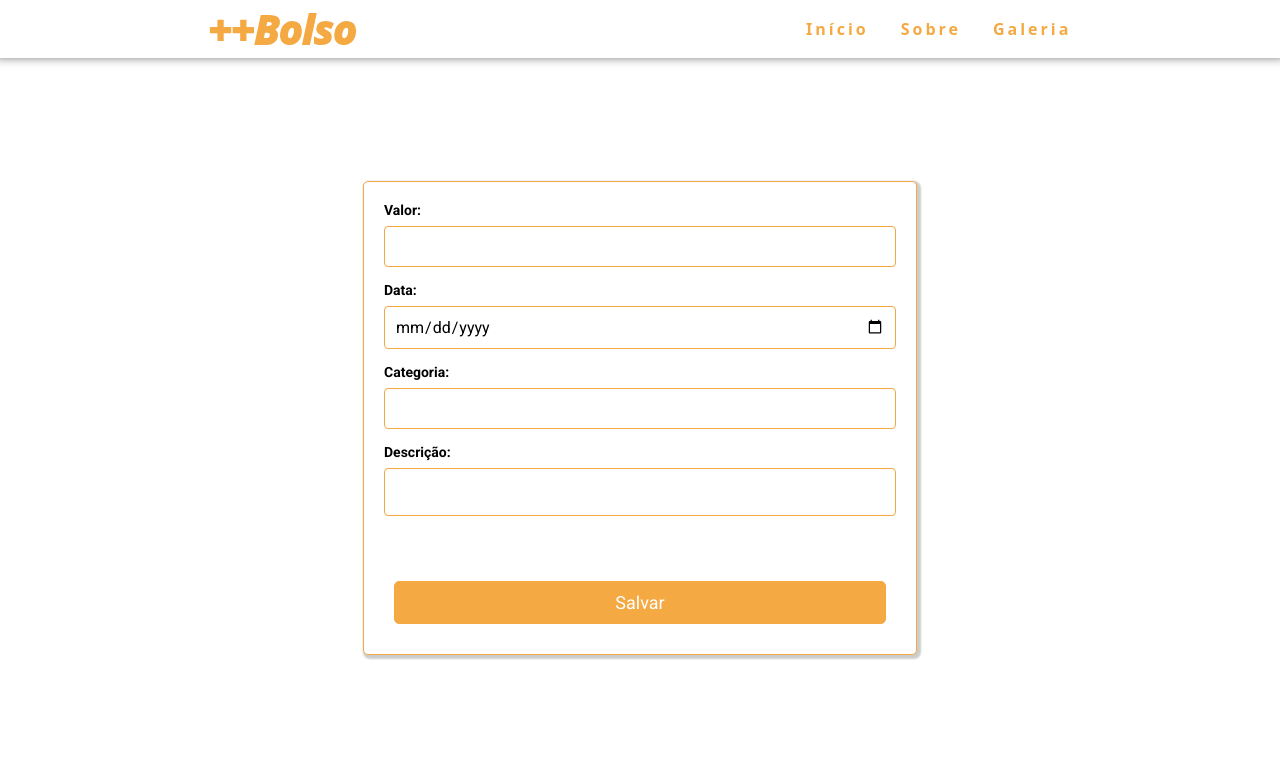
Repository: alexsanderkafka/java-servlets
Page: http://localhost/SaveMoney/cadastrarDespesa.jsp
The author's editor kept a copy of each file at every save. The page is drawn from the files as they stood at one save, then again after a run of saves.
The browser window is 1280 px wide. The pictures show the whole page.
The page is served by Tomcat 9. Nobody is signed in. The application's start-up code is not run.

Above is the page before, as saved 2024-10-03 13:23:42.

After the next 2 saves:
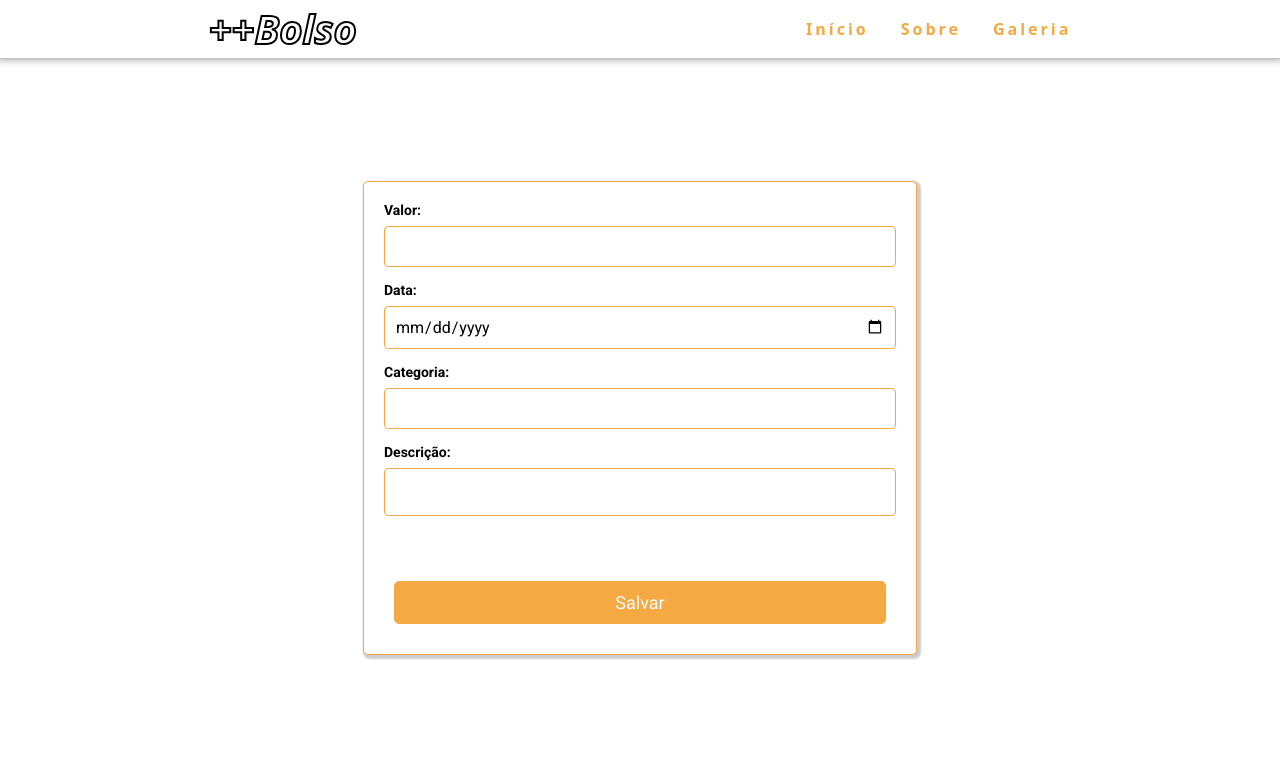
The 2 saves are shown as one change because they came seconds apart.
The last was saved 22 s later.
--- a/SaveMoney/src/main/webapp/styles/style.css
+++ b/SaveMoney/src/main/webapp/styles/style.css
@@ -40,8 +40,8 @@ header{
     font-size: 40px;
     font-style: italic;
     font-weight: bold;
-    color: #F4A942;
-    -webkit-text-stroke: 2px #F4A942;
+    color: #FFF;
+    -webkit-text-stroke: 2px #000;
 }
 
 nav{
